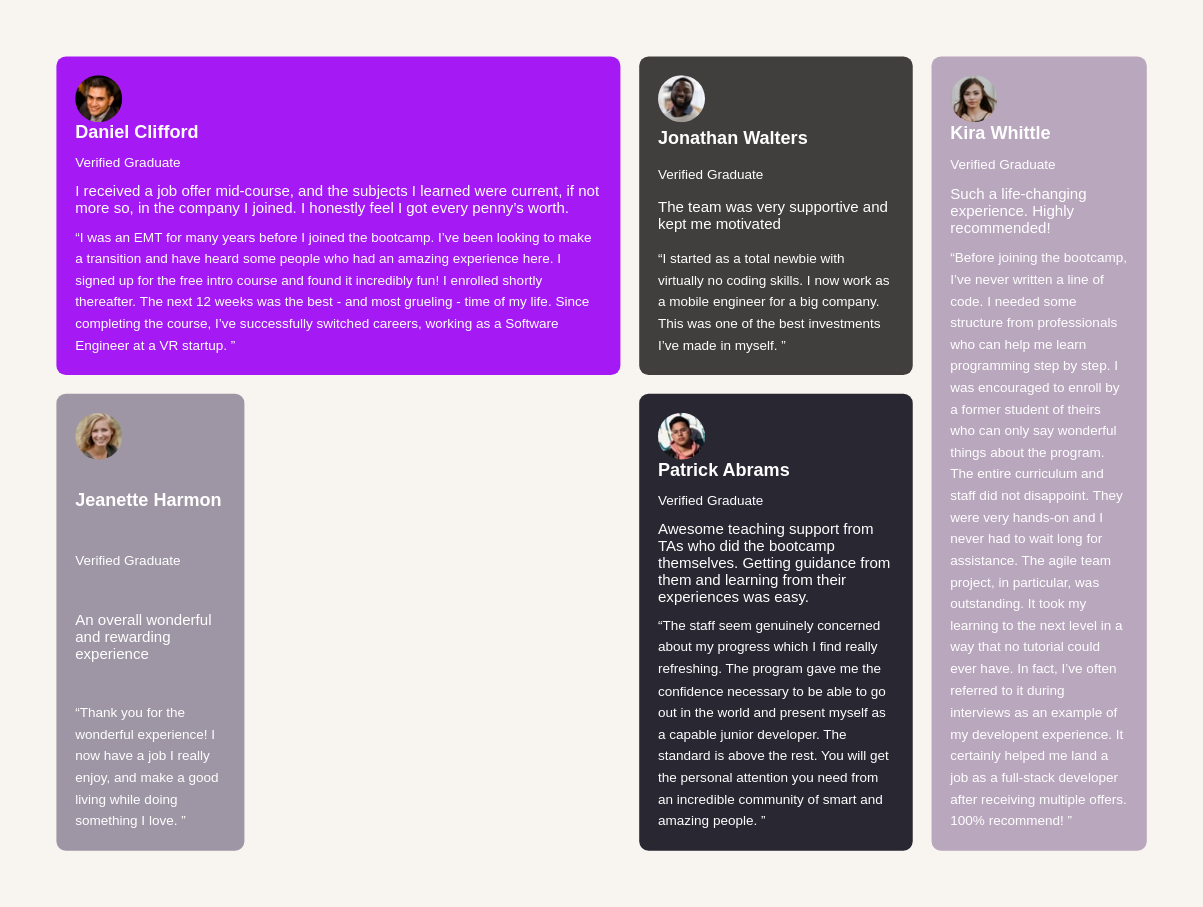
Repository: MagedElRefaey/Grid-Project
Page: Task.html
These files come from the project's save history. The page is drawn as it stood at one moment and after the next save; the edit follows.
The browser window is 1280 px wide. The pictures show the whole page, at 94% of full size.

Above is the page before, as saved 2024-09-13 23:20:18.

After the next save:
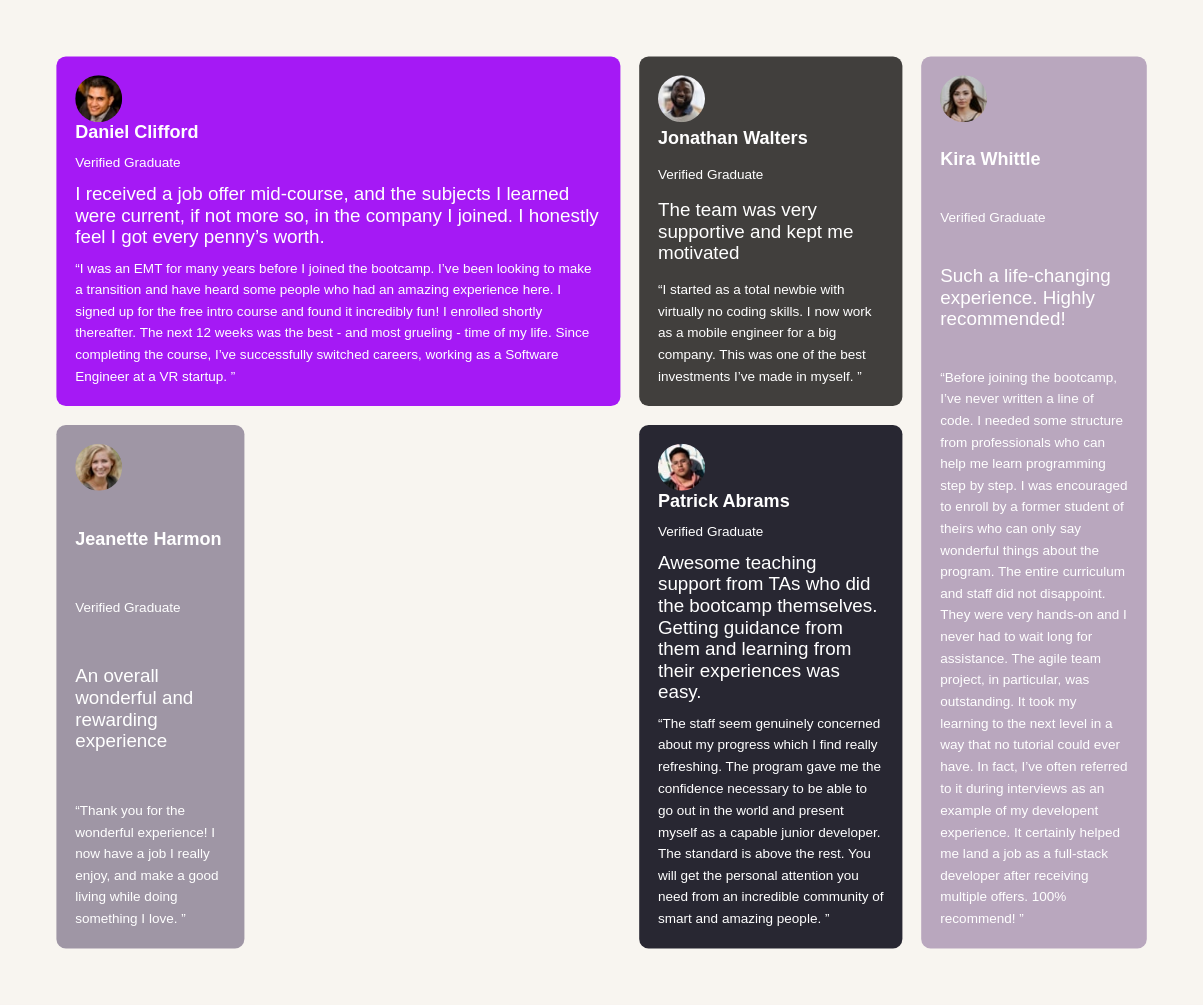
Saved 18 s later.
--- a/Style.css
+++ b/Style.css
@@ -88,7 +88,8 @@
 
 }
 blockquote {
-font-style: times bold;
+font-style: times;
+font-size: 20px;
 color: white;
 margin: 10px 0;
 }

After the 2 saves that followed:
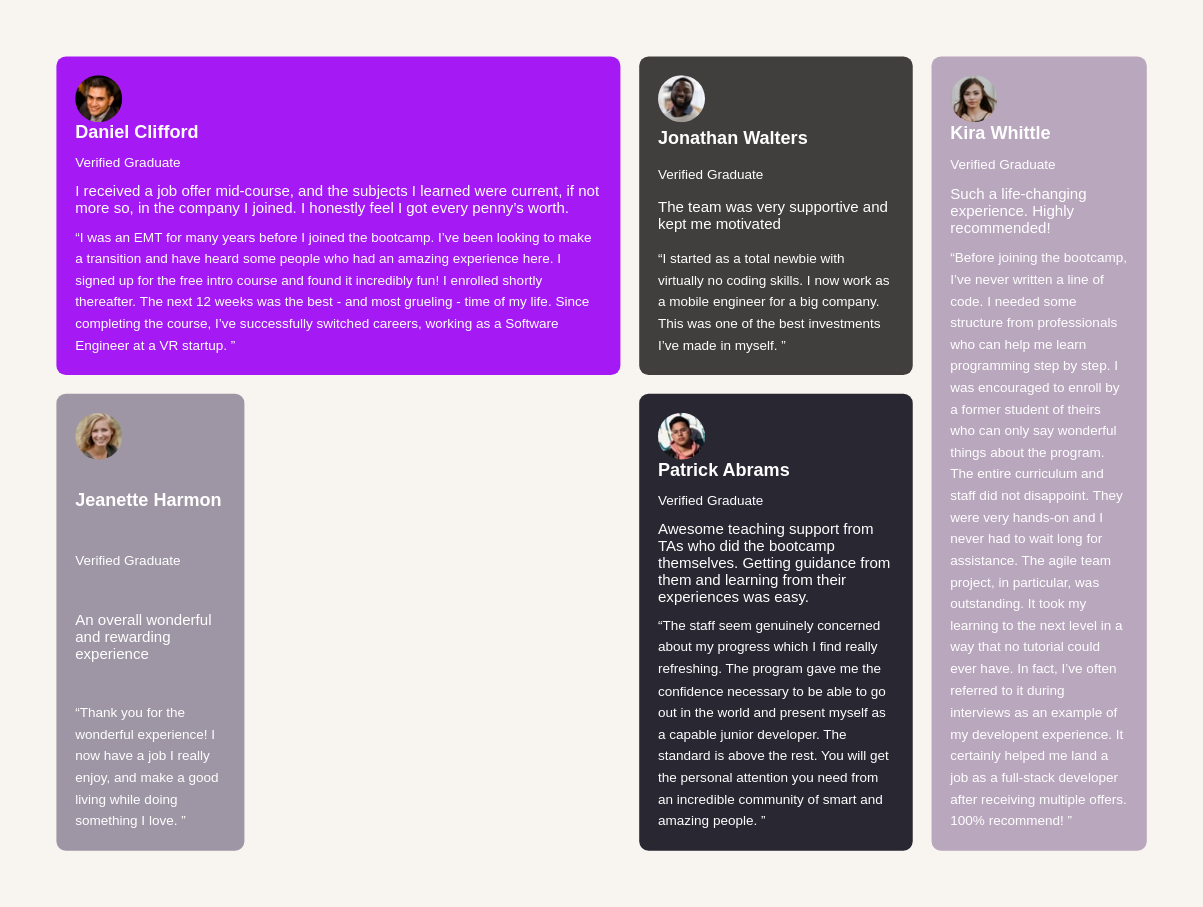
The 2 saves are shown as one change because they came seconds apart.
The last was saved 6 s later.
--- a/Style.css
+++ b/Style.css
@@ -89,7 +89,7 @@
 }
 blockquote {
 font-style: times;
-font-size: 20px;
+font-size: 20;
 color: white;
 margin: 10px 0;
 }
